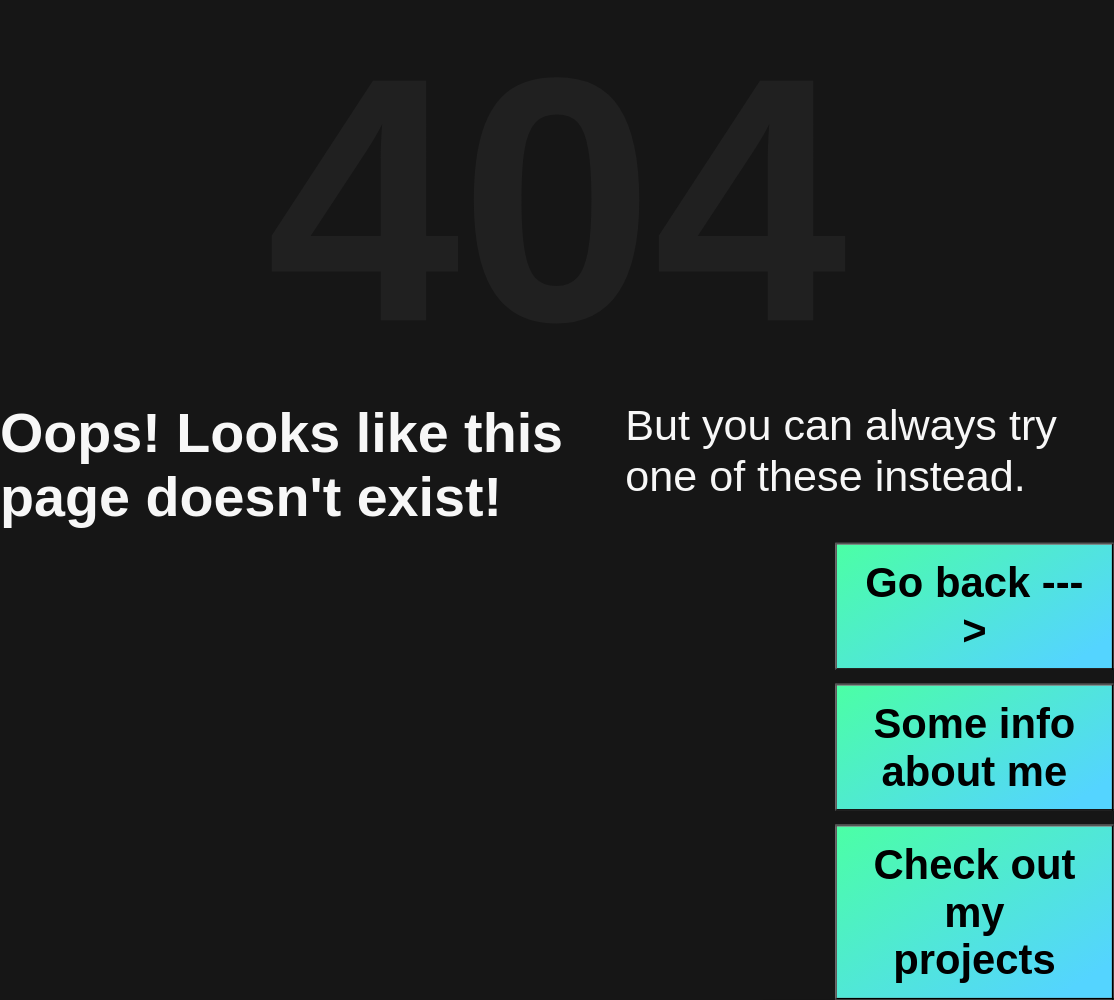
Repository: TeeJaysDev/Portfolio
Page: 404.html
The author's editor kept a copy of each file at every save. The page is drawn from the files as they stood at one save, then again after a run of saves.
The browser window is 1280 px wide. The pictures show the whole page, at 87% of full size.

Above is the page before, as saved 2021-08-26 21:49:55.

### 404.html
<!DOCTYPE html>
<html lang="en">
<head>
    <meta charset="UTF-8">
    <meta http-equiv="X-UA-Compatible" content="IE=edge">
    <meta name="viewport" content="width=device-width, initial-scale=1.0">
    <script type="text/javascript" src="script.js"></script>
    <link rel="stylesheet" href="404.css">
    <link rel="preconnect" href="https://fonts.gstatic.com">
    <link href="https://fonts.googleapis.com/css2?family=Raleway&display=swap" rel="stylesheet">
    <title>Tymon Jędryczka | Portfolio</title>
</head>
<body>
    <section class="error">
        <h2>
            404
        </h2>
        <h1>
            Oops! Looks like this page doesn't exist!<br>
            <p>But you can always try one of these instead.</p>
        </h1>
        <button>
            <a href="https://teejay.dev" target="_blank" rel="noopener">Go back ---></a>
        </button>
        <button>
            <a href="https://teejay.dev/#about" target="_blank" rel="noopener">Some info about me</a>
        </button>
        <button>
            <a href="https://teejay.dev/#projects" target="_blank" rel="noopener">Check out my projects</a>
        </button>
    </section>
</body>
</html>

### 404.css
* {
    margin: 0;
    padding: 0;
    box-sizing: border-box;
    font-family: sans-serif;
    text-decoration: none;
    list-style: none;
    z-index: 1;
}

body {
    background-color: #161616;
}

h1, h1 p {
    display: flex;
    font-family: Arial, Helvetica, sans-serif;
    color: #F7F7F7;
    justify-content: center;
}

h1 {
    font-size: 4rem;
    font-weight: 700;
}

h1 p {
    font-size: 3.1rem;
    font-weight: 400;
}

h2 {
    display: flex;
    justify-content: center;
    color: #202020;
    font-size: 25rem;
    z-index: 0;
}

button a {
    text-align: center;
    font-size: 3rem;
    color: #000000;
}

button {
    padding: 1rem 2rem 1rem 2rem;
    width: 20rem;
    font-weight: bold;
    text-align: center;
    margin-left: 60rem;
    margin-top: 1rem;
    background-image: linear-gradient(147deg, #4bffa5, #54d4ff 90%);
    color: #000000;
    cursor: pointer;
}

@media only screen
and (min-width: 320px)
and (max-width: 375px) {

    h1 {
        min-width: 17ch;
        text-align: right;
        margin-left: 1.5rem;
        margin-top: 4rem;
        font-size: 2rem;
    }

    h2 {
        margin-top: 7rem;
        margin-left: 0.5rem;
        font-size: 12rem;
    }

    button {
        margin-top: 5rem;
        margin-left: 0.3rem;
    }
}

@media only screen
and (min-width: 375px)
and (max-width: 425px) {

    h1 {
        min-width: 20ch;
        text-align: right;
        margin-left: 1rem;
        margin-top: 4rem;
        font-size: 2rem;
    }

    h2 {
        margin-top: 7rem;
        margin-left: 2rem;
        font-size: 12rem;
    }

    button {
        margin-top: 10rem;
        margin-left: 2rem;
    }
}

@media only screen
and (min-width: 425px)
and (max-width: 768px) {

    h1 {
        text-align: right;
        margin-left: 2rem;
        margin-top: 4rem;
        font-size: 2rem;
    }

    h2 {
        margin-top: 7rem;
        margin-left: 3rem;
        font-size: 12rem;
    }

    button {
        margin-top: 5rem;
        margin-left: 3rem;
    }
}

@media only screen
and (min-width: 768px)
and (max-width: 1024px) {

    h1 {
        text-align: right;
        margin-left: 2rem;
        margin-top: 4rem;
        font-size: 2rem;
    }

    h2 {
        margin-top: 3rem;
        margin-left: 3rem;
        font-size: 25rem;
    }

    button {
        margin-top: 3rem;
        margin-left: 15rem;
    }
}

Loaded but not shown: script.js (no stored copy; drawn as an empty file)

After the next 2 saves:
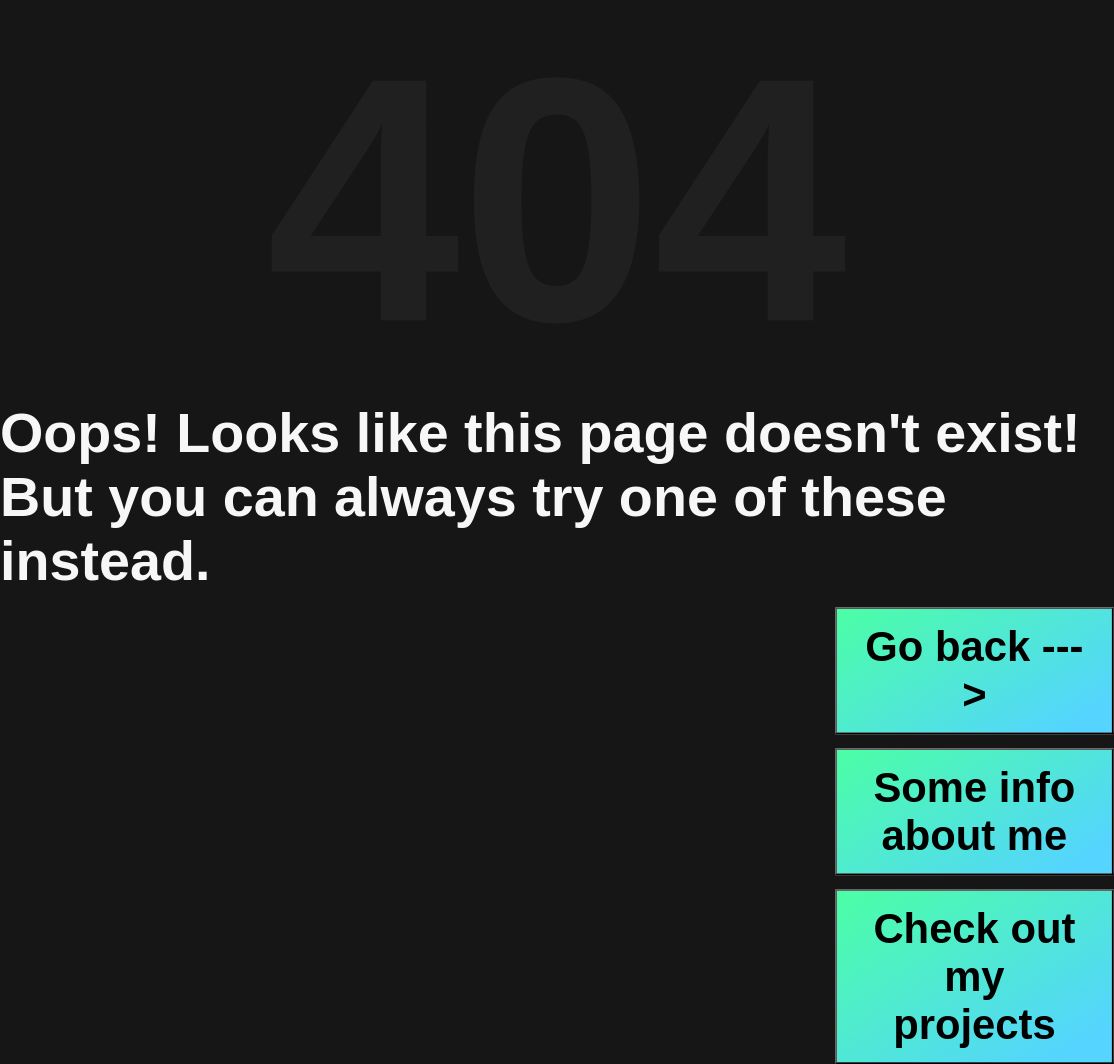
The 2 saves are shown as one change because they came seconds apart.
The last was saved 21 s later.
--- a/404.html
+++ b/404.html
@@ -17,7 +17,7 @@
         </h2>
         <h1>
             Oops! Looks like this page doesn't exist!<br>
-            <p>But you can always try one of these instead.</p>
+            But you can always try one of these instead.
         </h1>
         <button>
             <a href="https://teejay.dev" target="_blank" rel="noopener">Go back ---></a>

After the 2 saves that followed:
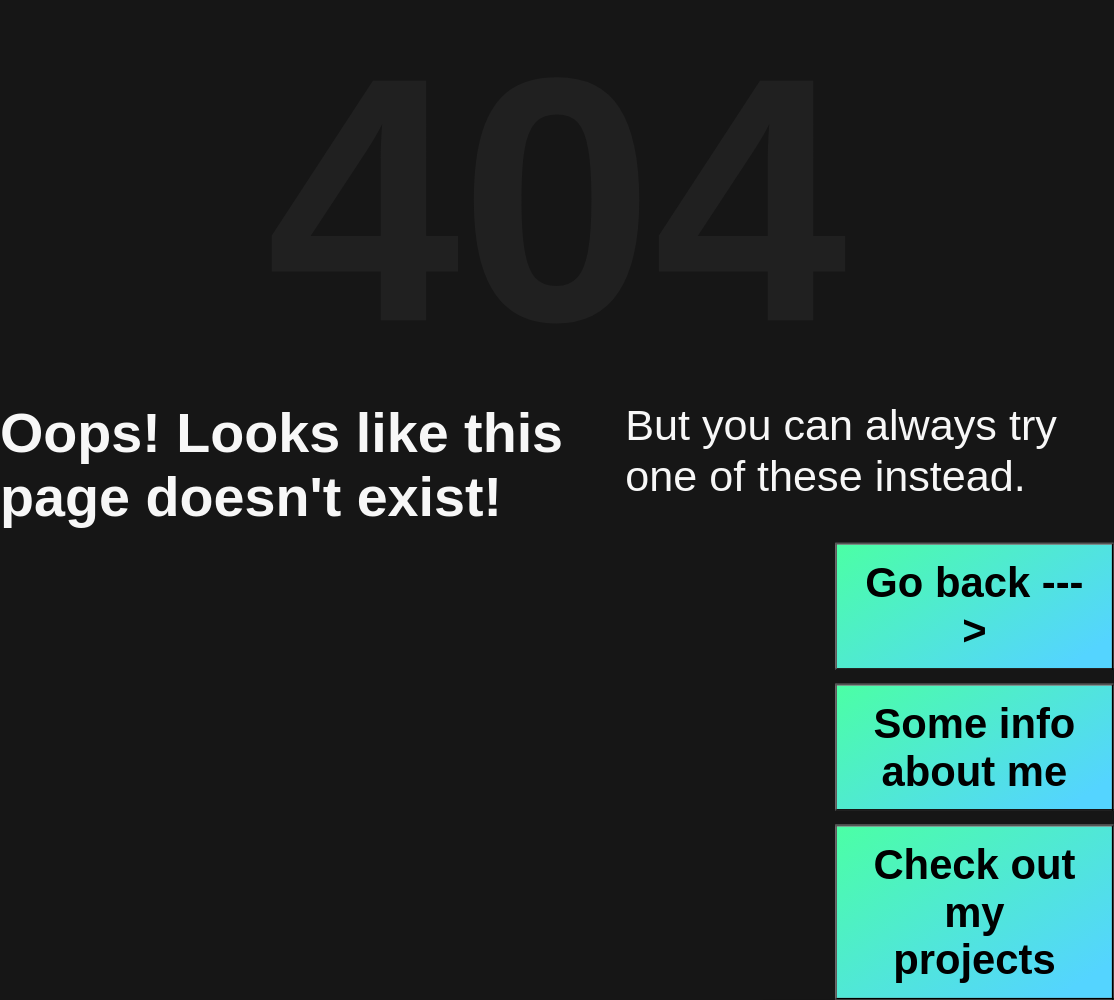
The 2 saves are shown as one change because they came seconds apart.
The last was saved 4 min 34 s later.
--- a/404.html
+++ b/404.html
@@ -16,8 +16,8 @@
             404
         </h2>
         <h1>
-            Oops! Looks like this page doesn't exist!<br>
-            But you can always try one of these instead.
+            Oops! Looks like this page doesn't exist!
+            <p>But you can always try one of these instead.</p>
         </h1>
         <button>
             <a href="https://teejay.dev" target="_blank" rel="noopener">Go back ---></a>
